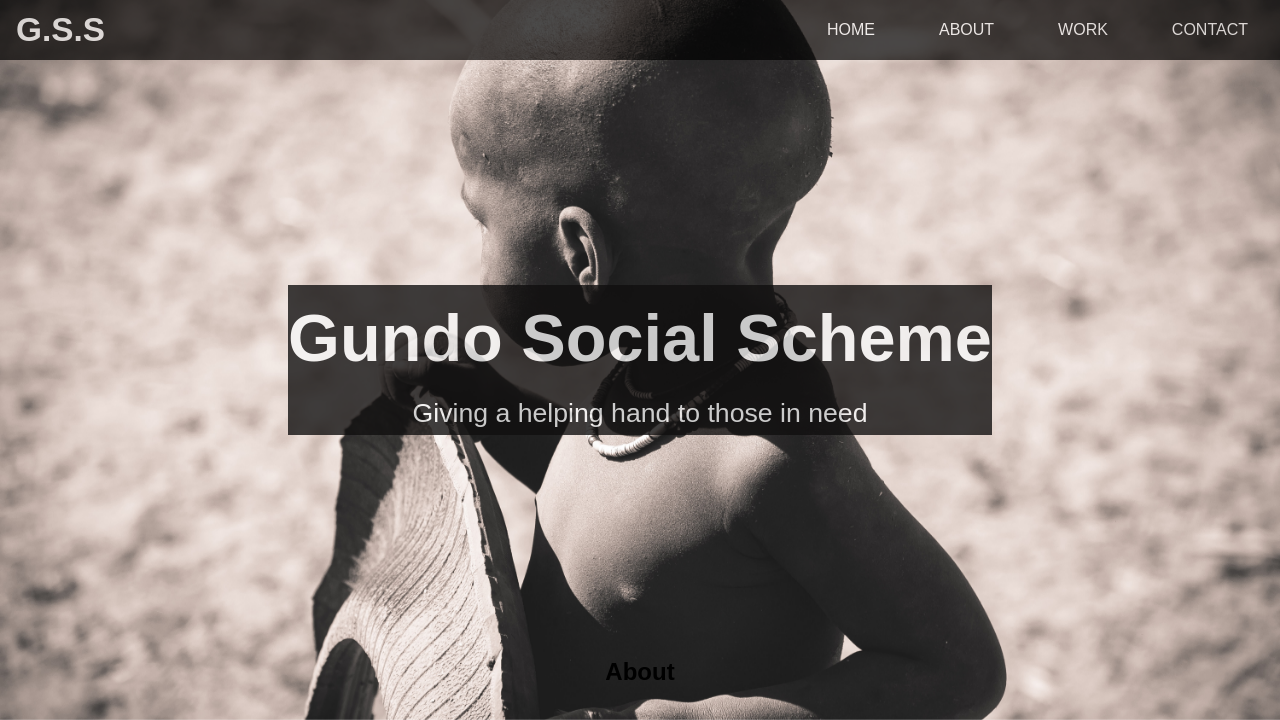
Repository: blessingNtoko/gss-basic_website
Page: index.html
These files come from the project's save history. The page is drawn as it stood at one moment and after the next save; the edit follows.
The browser window is 1280 px wide. The pictures show the whole page.
An inner scrolling area shows only its first screen.

Above is the page before, as saved 2020-05-13 18:16:20.

After the next save:
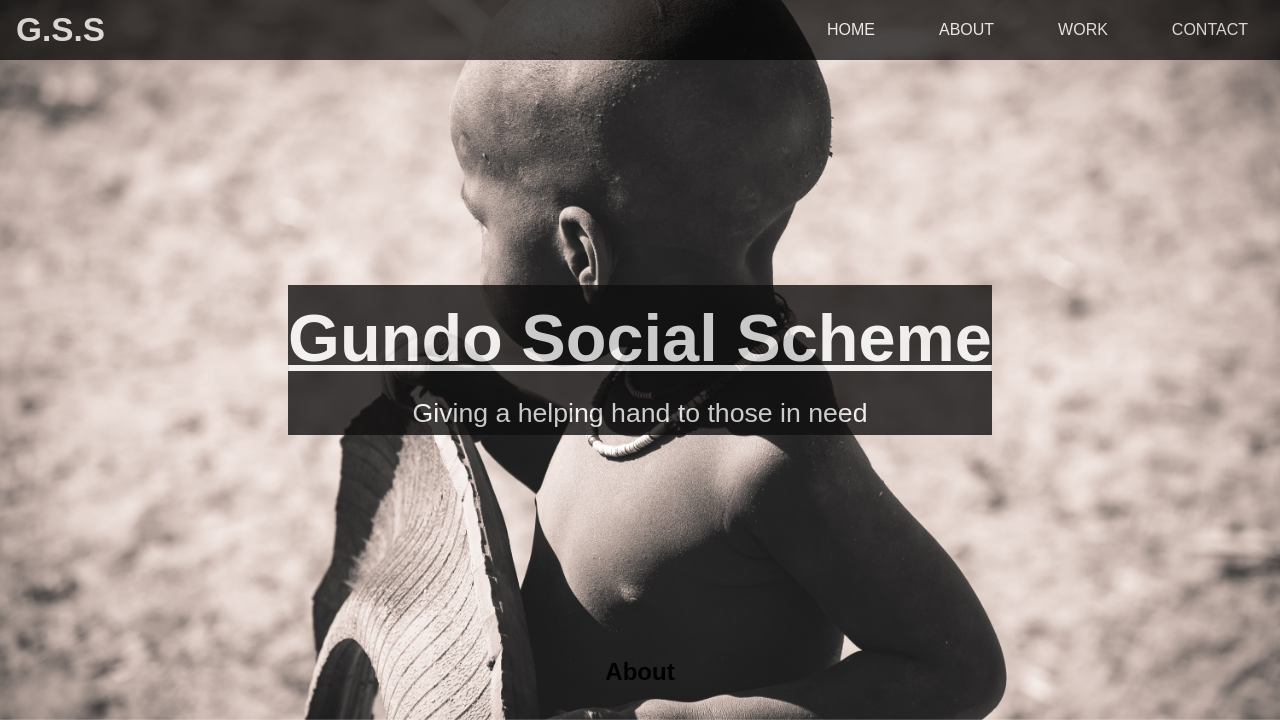
Saved 47 s later.
--- a/style.css
+++ b/style.css
@@ -98,6 +98,7 @@ section {
 
 #home h1 {
     font-size: 50pt;
+    text-decoration: underline;
 }
 
 #home p {
